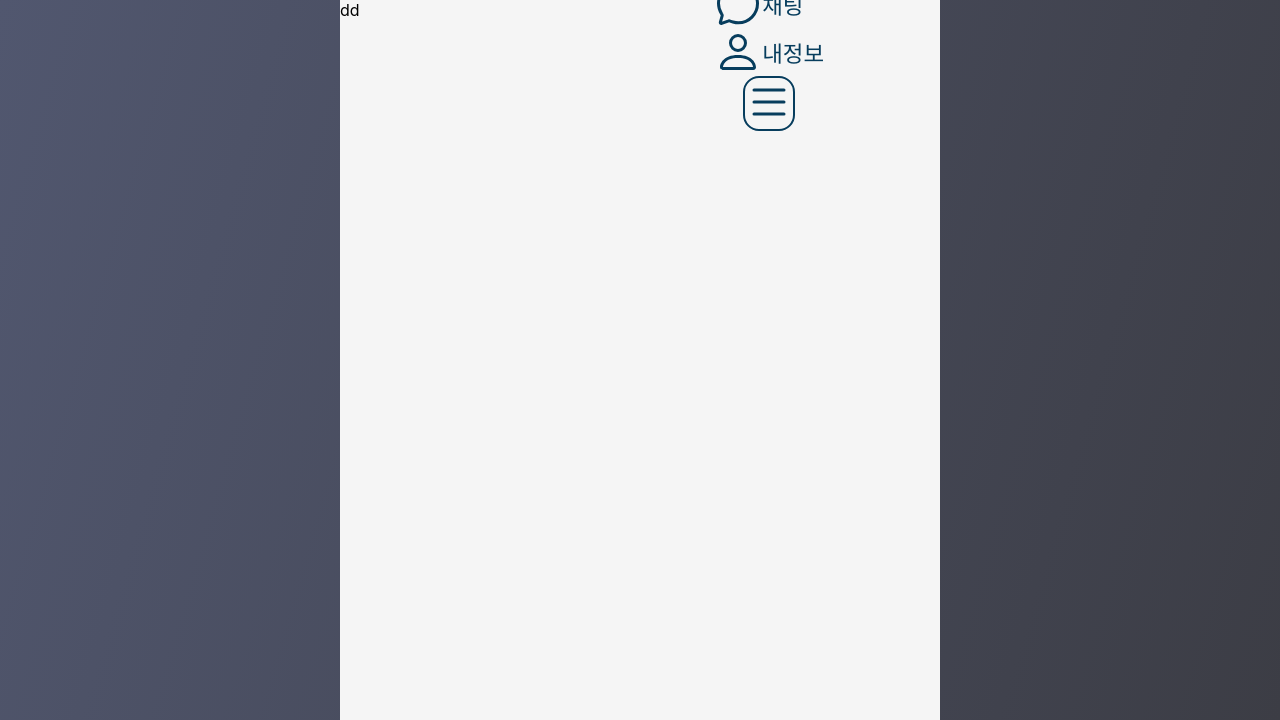
Repository: SeungYn/hanium
Page: /
These files come from the project's save history. The page is drawn as it stood at one moment and after the next save; the edit follows.
The browser window is 1280 px wide. The pictures show the whole page.
The project was rebuilt for these pictures with package versions that can differ from the ones it lists, and the page was loaded fresh each time. Also part of the build but not shown: src/App.css, src/components/ReadPopup/ReadPopup.module.css, src/components/ReadPopup/ReadPopup.jsx, src/pages/login/Login.jsx.

Above is the page before, as saved 2022-10-27 14:00:25.

After the next save:
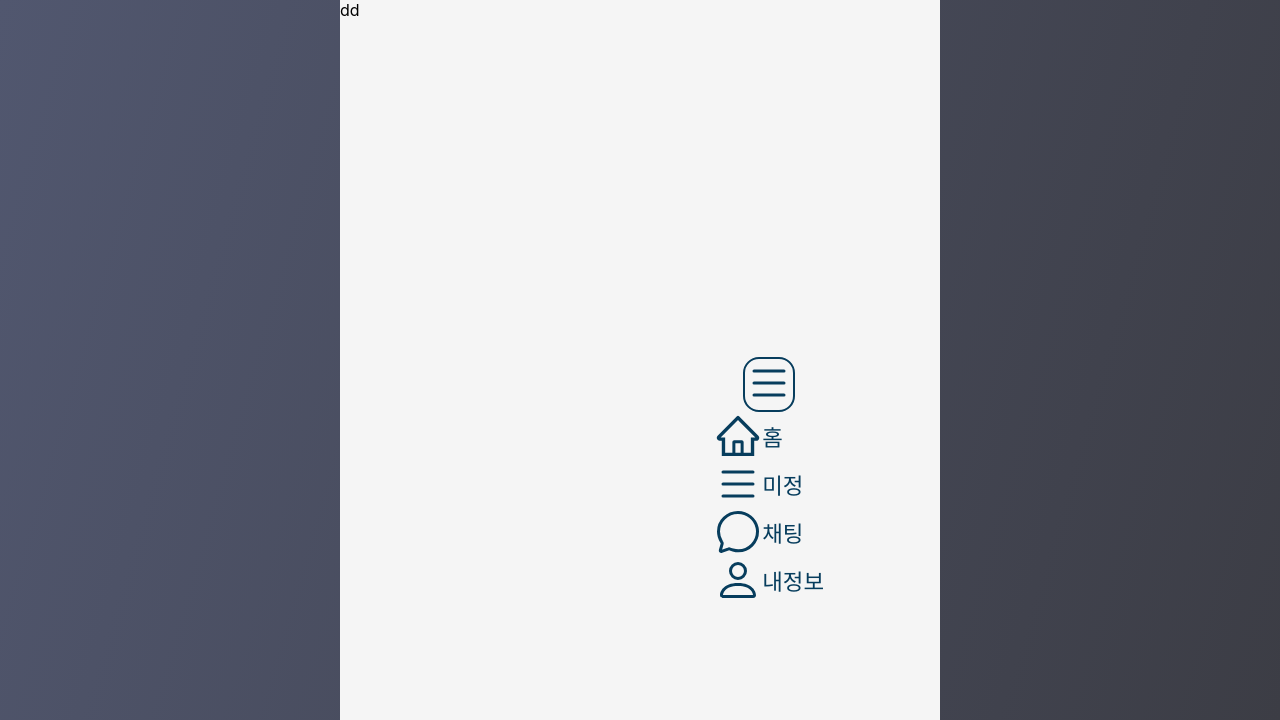
Saved 15 s later.
--- a/src/components/Navbar/Navbar.module.css
+++ b/src/components/Navbar/Navbar.module.css
@@ -5,7 +5,7 @@
   font-size: var(--font-size-medium);
   text-align: center;
   display: flex;
-  flex-direction: column;
+  flex-direction: column-reverse;
   margin: 100px;
   align-items: center;
   height: 100%;

After the save that followed:
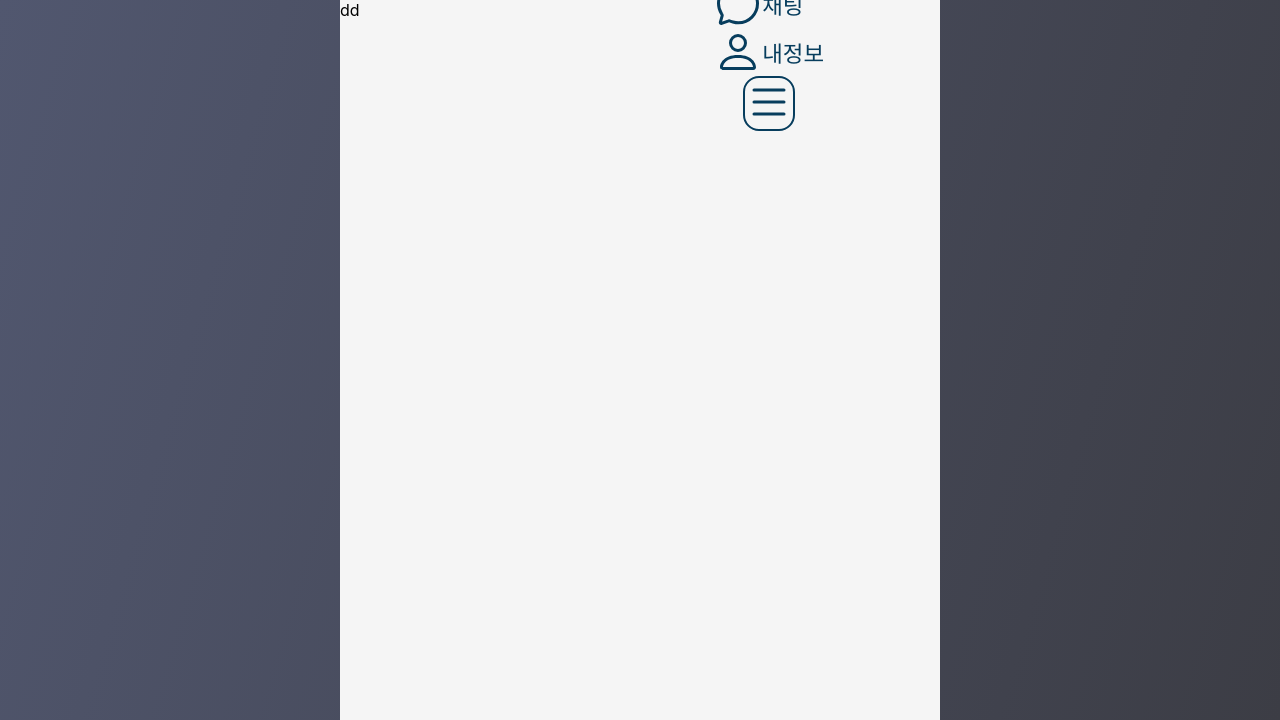
Saved 6 s later.
--- a/src/components/Navbar/Navbar.module.css
+++ b/src/components/Navbar/Navbar.module.css
@@ -5,7 +5,7 @@
   font-size: var(--font-size-medium);
   text-align: center;
   display: flex;
-  flex-direction: column-reverse;
+  flex-direction: column;
   margin: 100px;
   align-items: center;
   height: 100%;
